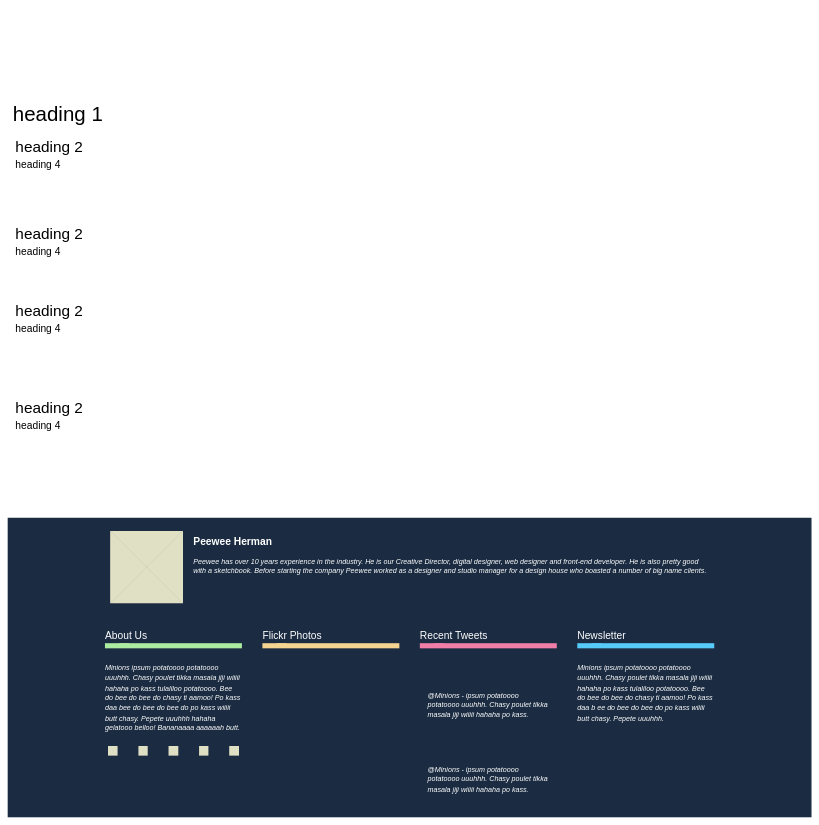
Repository: MonicaNguyenH/LAB-02A-Project1
Page: index.html
These files come from the project's save history. The page is drawn as it stood at one moment and after the next save; the edit follows.
The browser window is 1280 px wide. The pictures show the whole page, at 64% of full size.

Above is the page before, as saved 2024-02-06 20:24:19.

After the next save:
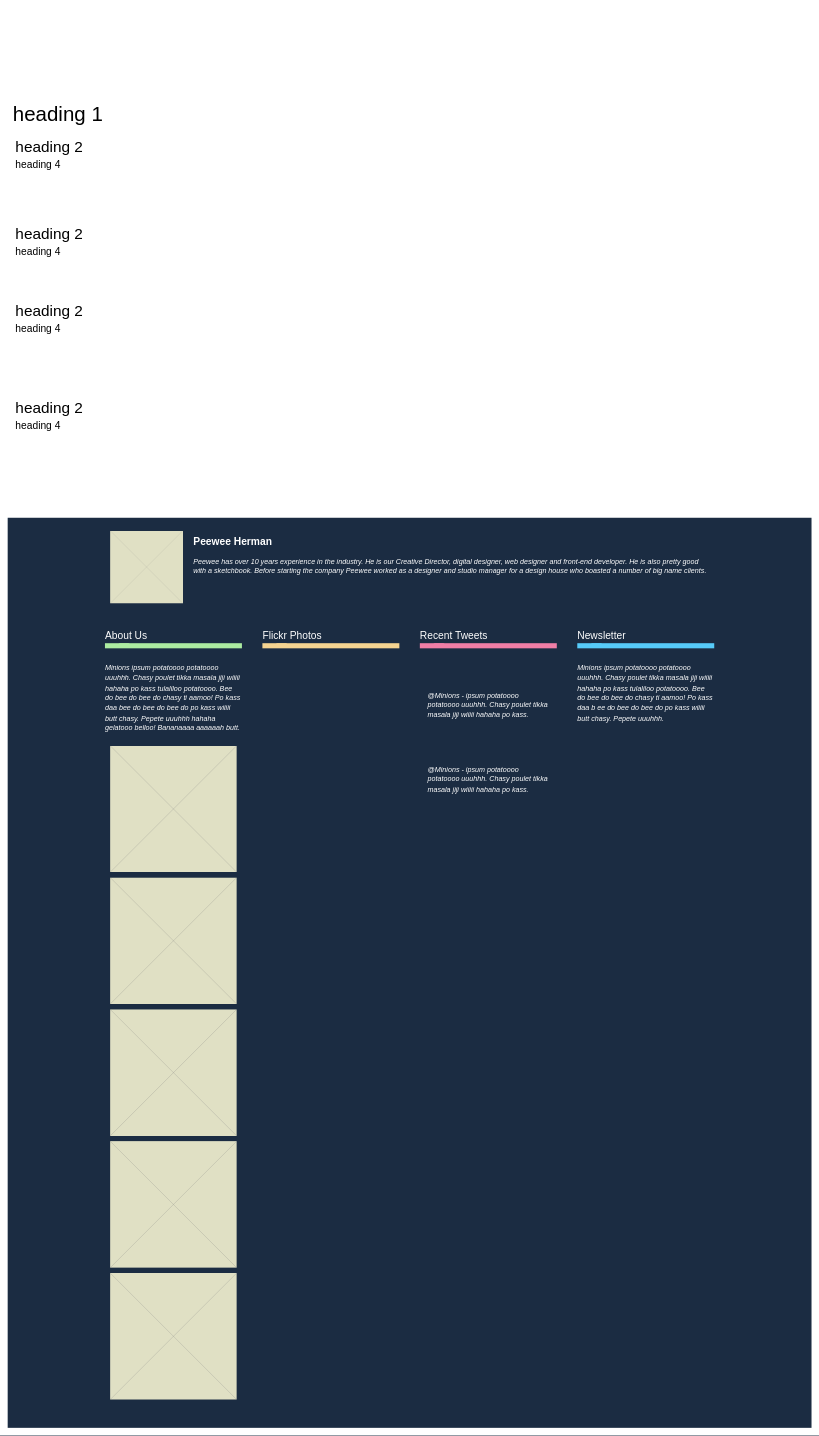
Saved 50 s later.
--- a/index.html
+++ b/index.html
@@ -106,7 +106,7 @@
                             <div class="down-arrow" style="border-top: solid var(--green)"></div>
                         </div>
                         <p>Minions ipsum potatoooo potatoooo uuuhhh. Chasy poulet tikka masala jiji wiiiii hahaha po kass tulaliloo potatoooo. Bee do bee do bee do chasy ti aamoo! Po kass daa bee do bee do bee do po kass wiiiii butt chasy. Pepete uuuhhh hahaha gelatooo belloo! Bananaaaa aaaaaah butt.</p>
-                        <div class="row col-5">
+                        <div class="row-col-5">
                             <div class="col">
                                 <img src="img/placeholder.svg" alt="placeholder image"/>
                             </div>

After the save that followed:
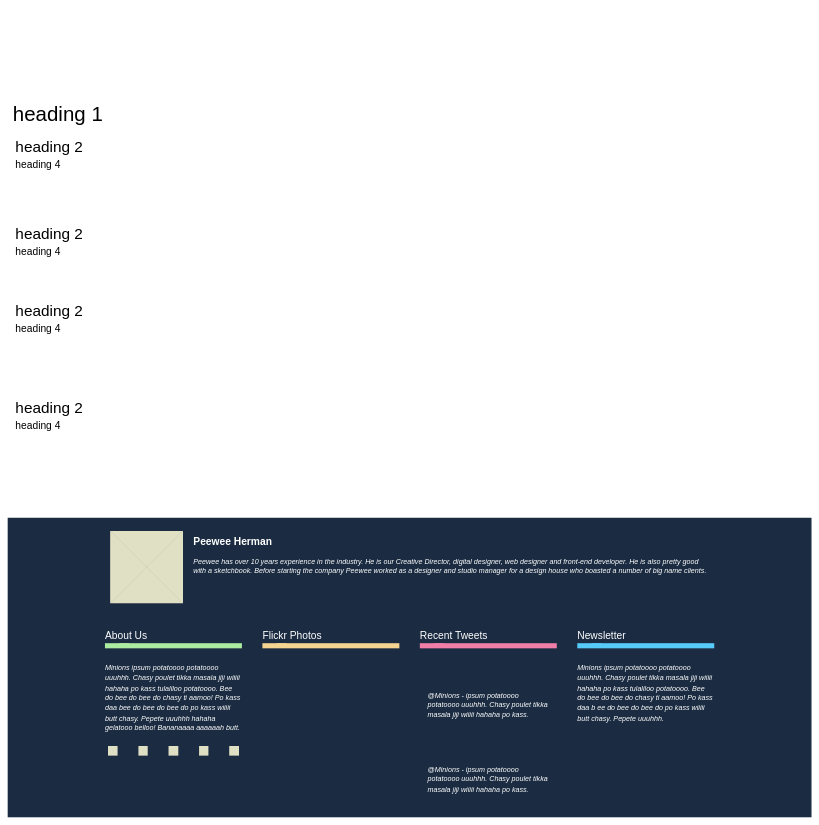
Saved 7 s later.
--- a/index.html
+++ b/index.html
@@ -106,7 +106,7 @@
                             <div class="down-arrow" style="border-top: solid var(--green)"></div>
                         </div>
                         <p>Minions ipsum potatoooo potatoooo uuuhhh. Chasy poulet tikka masala jiji wiiiii hahaha po kass tulaliloo potatoooo. Bee do bee do bee do chasy ti aamoo! Po kass daa bee do bee do bee do po kass wiiiii butt chasy. Pepete uuuhhh hahaha gelatooo belloo! Bananaaaa aaaaaah butt.</p>
-                        <div class="row-col-5">
+                        <div class="row col-5">
                             <div class="col">
                                 <img src="img/placeholder.svg" alt="placeholder image"/>
                             </div>
